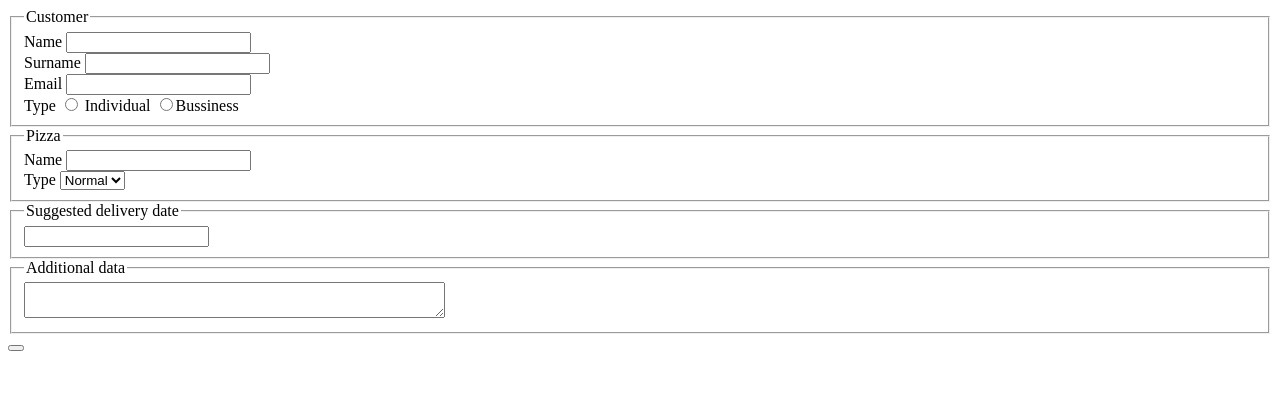
Repository: lukas77pro/html_css_js
Page: html/Test/WebContent/Formularz.html
An editor plug-in stored every save of this project. The page is shown before and after the next save, followed by the edit.
The browser window is 1280 px wide. The pictures show the whole page.

Above is the page before, as saved 2015-07-10 11:58:37.

### html/Test/WebContent/Formularz.html
<!DOCTYPE html>
<html>
<head>
<meta charset="UTF-8">
<title>Insert title here</title>
</head>

<body>


	<fieldset>
		<legend>Customer</legend>
		<div>
			<label for="inputName">Name</label> <input type="text"
				name="inputName">
		</div>
		<div>
			<label for="inputSurname">Surname</label> <input type="text"
				name="inputSurname">
		</div>
		<div>
			<label for="inputEmail">Email</label> <input type="text"
				name="inputEmail">
		</div>
		<div>
			<label for="radio1">Type</label> <input type="radio" name="radio1">
			<label for="radio1">Individual</label> <input type="radio"
				name="radio2"><label for="radio2">Bussiness</label>
		</div>
	</fieldset>

	<fieldset>
		<legend>Pizza</legend>
		<div>
			<label for="inputName">Name</label> <input type="text"
				name="inputName">
		</div>
		<label for="inputName">Type</label> <select name="select">
			<option value="Small">Small</option>
			<option value="Normal" selected>Normal</option>
			<option value="Big">Big</option>
		</select>
	</fieldset>

	<fieldset>
		<legend>Suggested delivery date</legend>
		<input type="text" name="Date">
	</fieldset>

	<fieldset>
		<legend>Additional data</legend>
		<textarea name="textarea" rows="2" cols="50"></textarea>
	</fieldset>
	<button name="Order pizza" type="submit" formaction="Tabela.html"></button>

</body>
</html>

After the next save:
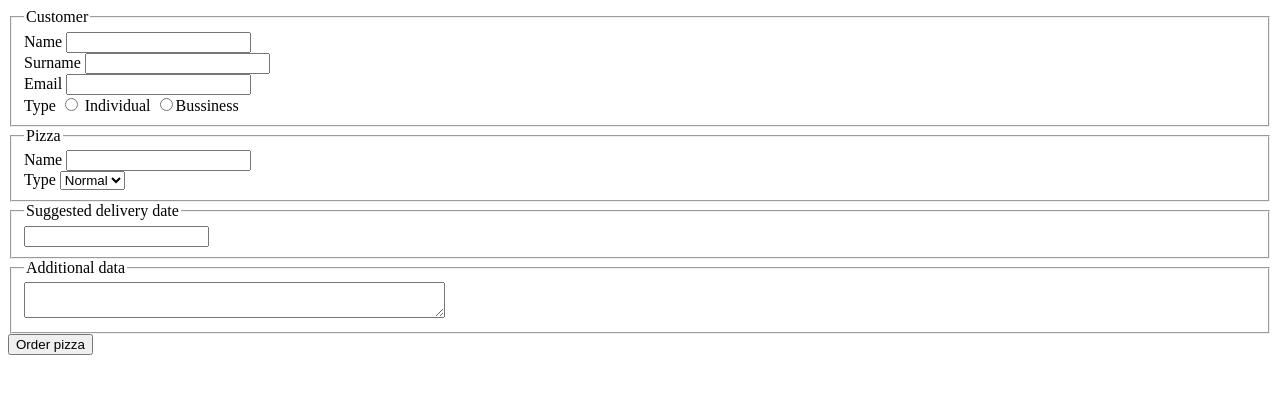
Saved 41 s later.
--- a/html/Test/WebContent/Formularz.html
+++ b/html/Test/WebContent/Formularz.html
@@ -51,7 +51,7 @@
 		<legend>Additional data</legend>
 		<textarea name="textarea" rows="2" cols="50"></textarea>
 	</fieldset>
-	<button name="Order pizza" type="submit" formaction="Tabela.html"></button>
+	<button name= type="submit" formaction="Tabela.html">Order pizza</button>
 
 </body>
 </html>
